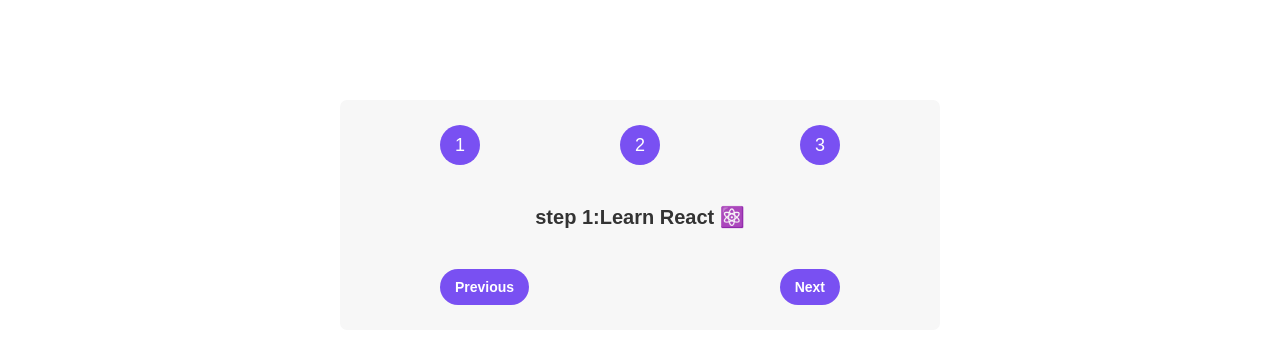
Repository: masamichan/steps
Page: /
These files come from the project's save history. The page is drawn as it stood at one moment and after the next save; the edit follows.
The browser window is 1280 px wide. The pictures show the whole page.
The project was rebuilt for these pictures with package versions that can differ from the ones it lists, and the page was loaded fresh each time.

Above is the page before, as saved 2023-12-31 08:36:56.

### src/App.js
const messages = [
  "Learn React ⚛️",
  "Apply for jobs 💼",
  "Invest your new income 🤑",
];

export default function App() {
  const step = 1;
  return (
    <div className="steps">
      <div className="numbers">
        <div className={`${step >= 1 ? "active" : ""}`}>1</div>
        <div className={`${step >= 1 ? "active" : ""}`}>2</div>
        <div className={`${step >= 1 ? "active" : ""}`}>3</div>
      </div>
      <p className="message">
        step {step}:{messages[step - 1]}
      </p>
      <div className="buttons">
        <button style={{ backgroundColor: "#7950f2", color: "#fff" }}>
          Previous
        </button>
        <button style={{ backgroundColor: "#7950f2", color: "#fff" }}>
          Next
        </button>
      </div>
    </div>
  );
}

Loaded but not shown: public/index.html (common file); src/index.js (common file); src/index.css (common file)

After the next save:
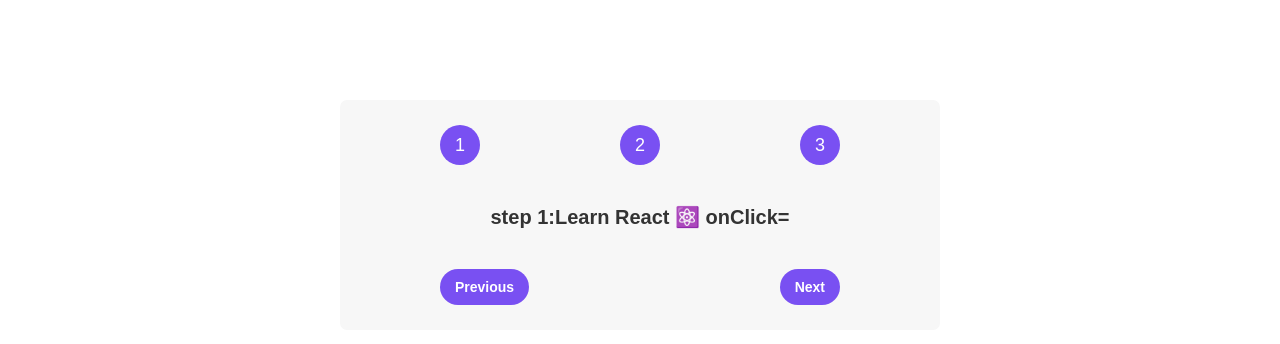
Saved 4 min 3 s later.
--- a/src/App.js
+++ b/src/App.js
@@ -14,7 +14,7 @@
         <div className={`${step >= 1 ? "active" : ""}`}>3</div>
       </div>
       <p className="message">
-        step {step}:{messages[step - 1]}
+        step {step}:{messages[step - 1]} onClick={() => alert("previous")}
       </p>
       <div className="buttons">
         <button style={{ backgroundColor: "#7950f2", color: "#fff" }}>

After the save that followed:
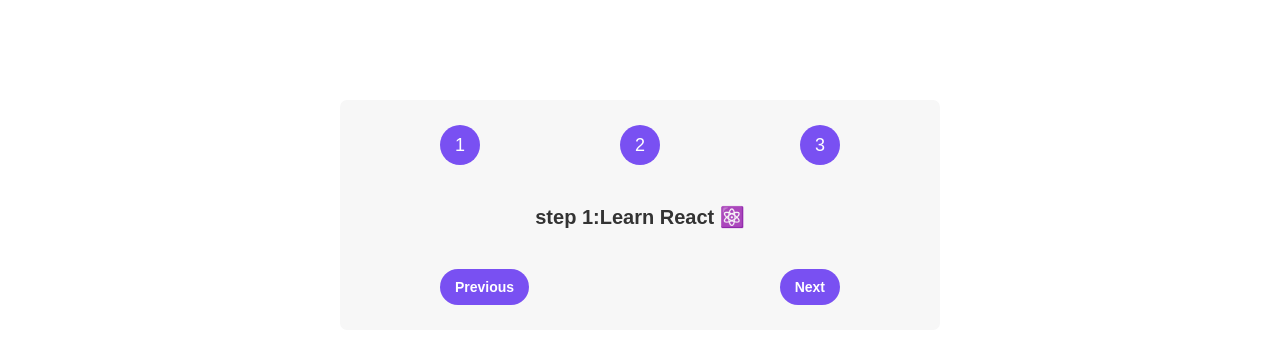
Saved 101 s later.
--- a/src/App.js
+++ b/src/App.js
@@ -14,10 +14,13 @@
         <div className={`${step >= 1 ? "active" : ""}`}>3</div>
       </div>
       <p className="message">
-        step {step}:{messages[step - 1]} onClick={() => alert("previous")}
+        step {step}:{messages[step - 1]}
       </p>
       <div className="buttons">
-        <button style={{ backgroundColor: "#7950f2", color: "#fff" }}>
+        <button
+          style={{ backgroundColor: "#7950f2", color: "#fff" }}
+          onClick={() => alert}
+        >
           Previous
         </button>
         <button style={{ backgroundColor: "#7950f2", color: "#fff" }}>
